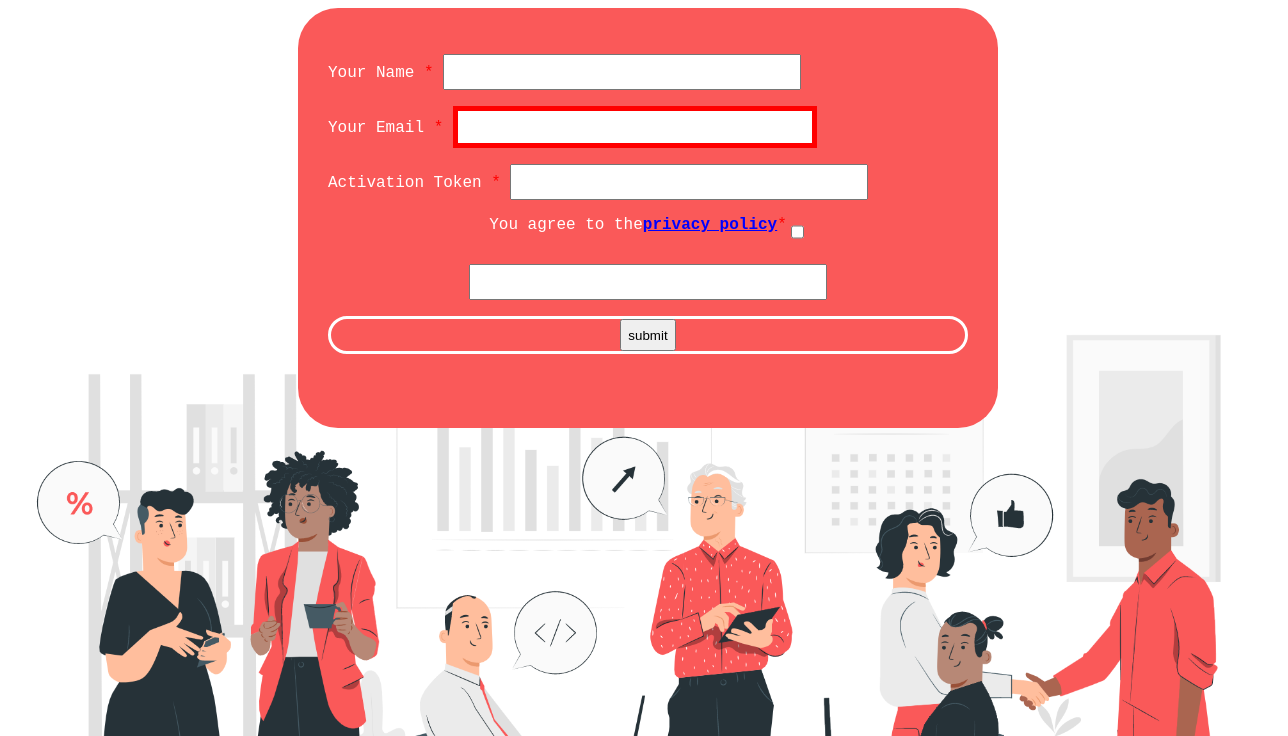
Repository: Rachael4life/Assignment-1
Page: starter-code/src/index.html
The author's editor kept a copy of each file at every save. The page is drawn from the files as they stood at one save, then again after a run of saves.
The browser window is 1280 px wide. The page is 1288 px wide, so the pictures cover 1288 px, including what lies to the right of the window. The pictures show the whole page.

Above is the page before, as saved 2022-02-28 06:14:44.

After the next 3 saves:
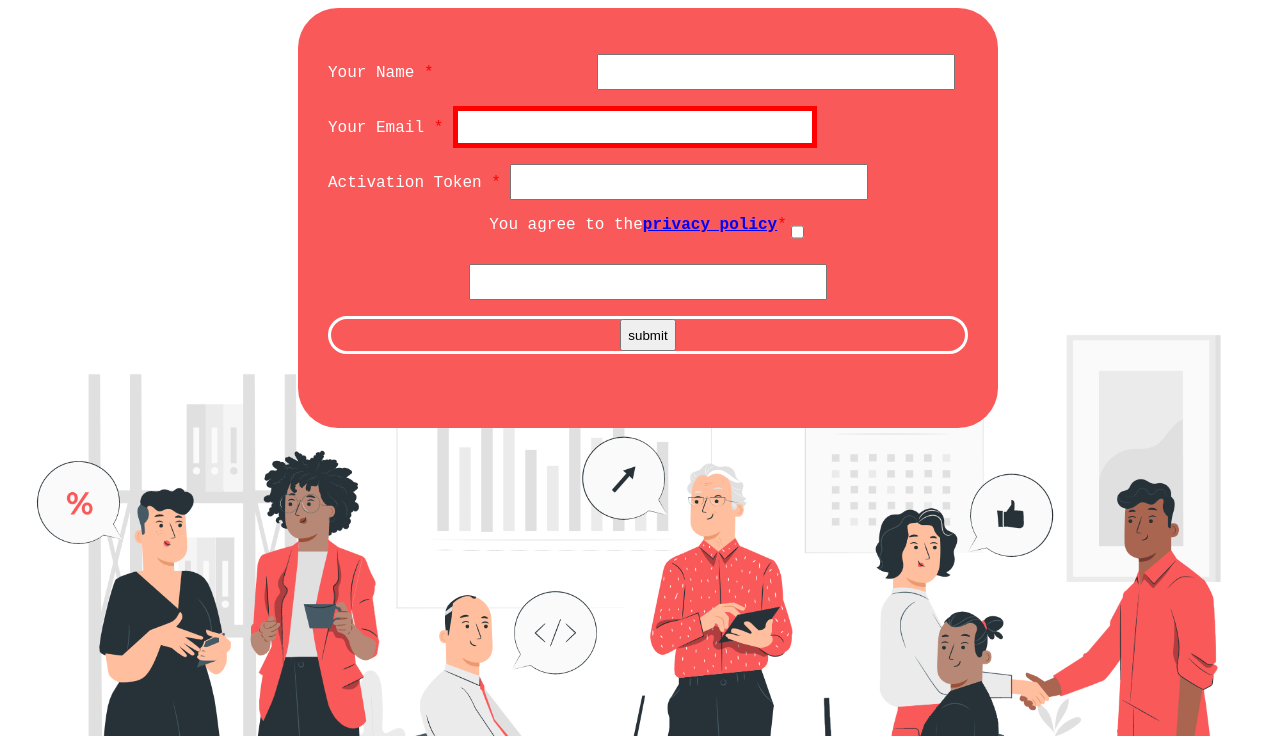
The 3 saves are shown as one change because they came seconds apart.
The last was saved 17 s later.
--- a/starter-code/src/style.css
+++ b/starter-code/src/style.css
@@ -17,7 +17,8 @@ form {
     border-radius: 40px;
 }
 #name {
-    margin-left: ;
+    margin-left: 24%;
+
 }
 #ramyeon {
     display: flex;
